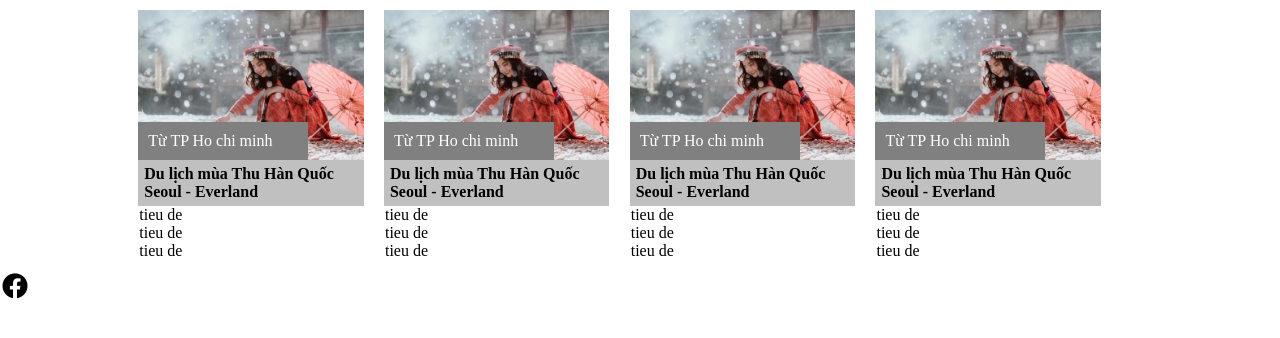
Repository: hoang71299/fe_26
Page: buoi 6/2.html
An editor plug-in stored every save of this project. The page is shown before and after the next save, followed by the edit.
The browser window is 1280 px wide. The pictures show the whole page.

Above is the page before, as saved 2022-08-30 16:33:39.

### buoi 6/2.html
<!DOCTYPE html>
<html lang="en">
<head>
    <meta charset="UTF-8">
    <meta http-equiv="X-UA-Compatible" content="IE=edge">
    <meta name="viewport" content="width=device-width, initial-scale=1.0">
    <title>Document</title>
    <link rel="stylesheet" href="./2.css">
    <link href='https://unpkg.com/boxicons@2.1.2/css/boxicons.min.css' rel='stylesheet'>

</head>
<body>
    <div class="product">
        <div class="box">
            <a href="" class="top">
                <div class="content">
                    <img src="./image/dubai.jdg.jpg" alt="" class="hinhsp">
                    <div class="bg"></div>
                    <div class="text">
                        Du lịch mùa Thu Hàn Quốc Seoul - Everland - Đảo Nami - Tháp Namsan từ Sài Gòn 2022. Hàn Quốc là một đất nước mang đậm màu sắc của văn hóa phương Đông
                    </div>
                    <div class="diadiem">
                        Từ TP Ho chi minh
                    </div>
                </div>
                <div class="tieude">
                    Du lịch mùa Thu Hàn Quốc Seoul - Everland
                </div>
            </a>
            <div class="bottom">
                <p>tieu de</p>
                <p>tieu de</p>
                <p>tieu de</p>
            </div>
        </div>
        <div class="box">
            <a href="" class="top">
                <div class="content">
                    <img src="./image/dubai.jdg.jpg" alt="" class="hinhsp">
                    <div class="bg"></div>
                    <div class="text">
                        Du lịch mùa Thu Hàn Quốc Seoul - Everland - Đảo Nami - Tháp Namsan từ Sài Gòn 2022. Hàn Quốc là một đất nước mang đậm màu sắc của văn hóa phương Đông
                    </div>
                    <div class="diadiem">
                        Từ TP Ho chi minh
                    </div>
                </div>
                <div class="tieude">
                    Du lịch mùa Thu Hàn Quốc Seoul - Everland
                </div>
            </a>
            <div class="bottom">
                <p>tieu de</p>
                <p>tieu de</p>
                <p>tieu de</p>
            </div>
        </div>
        <div class="box">
            <a href="" class="top">
                <div class="content">
                    <img src="./image/dubai.jdg.jpg" alt="" class="hinhsp">
                    <div class="bg"></div>
                    <div class="text">
                        Du lịch mùa Thu Hàn Quốc Seoul - Everland - Đảo Nami - Tháp Namsan từ Sài Gòn 2022. Hàn Quốc là một đất nước mang đậm màu sắc của văn hóa phương Đông
                    </div>
                    <div class="diadiem">
                        Từ TP Ho chi minh
                    </div>
                </div>
                <div class="tieude">
                    Du lịch mùa Thu Hàn Quốc Seoul - Everland
                </div>
            </a>
            <div class="bottom">
                <p>tieu de</p>
                <p>tieu de</p>
                <p>tieu de</p>
            </div>
        </div>
        <div class="box">
            <a href="" class="top">
                <div class="content">
                    <img src="./image/dubai.jdg.jpg" alt="" class="hinhsp">
                    <div class="bg"></div>
                    <div class="text">
                        Du lịch mùa Thu Hàn Quốc Seoul - Everland - Đảo Nami - Tháp Namsan từ Sài Gòn 2022. Hàn Quốc là một đất nước mang đậm màu sắc của văn hóa phương Đông
                    </div>
                    <div class="diadiem">
                        Từ TP Ho chi minh
                    </div>
                </div>
                <div class="tieude">
                    Du lịch mùa Thu Hàn Quốc Seoul - Everland
                </div>
            </a>
            <div class="bottom">
                <p>tieu de</p>
                <p>tieu de</p>
                <p>tieu de</p>
            </div>
        </div>
    </div>
    <div class="icon">
        <i class='bx bxl-facebook-circle'></i>
    </div>
</body>
</html>

### buoi 6/2.css
*{
    margin: 0;
    padding: 0;
    text-decoration: none;
}
html,body{
    width: 100%;
    height: 100%;
}
.product{
    width: 80%;
    height: auto;
    margin: auto;
    display: flex;
}
.box{
    width: 22%;
    height: auto;
    margin: 1%;
}
.top{
    width: 100%;
    display: inline-block;
    text-decoration: none;
}
.top .content{
    width: 100%;
    height: 150px;
    position: relative;
    overflow: hidden;
}
.top .content .hinhsp{
    width: 100%;
    height: 100%;
    object-fit: cover;
}
.bg{
    width: 100%;
    height: 100%;
    background-color: rgba(0, 0, 0, 0.269);
    position: absolute;
    top: 0;
    opacity: 0;
}
.content:hover .bg{
    opacity: 1;
    transition: 0.3s linear;
}
.text{
    color: white;
    position: absolute;
    top: 0px;
    padding: 10px;
    opacity: 0;
}
.content:hover .text{
    opacity: 1;
    transition: 0.3s ease-in;
}
.diadiem{
    position: absolute;
    bottom: 0;
    color: white;
    width: 150px;
    background-color: gray;
    padding: 10px;
}
.content:hover .diadiem{
    bottom: -50px;
    transition: 0.3s linear;
}
.tieude{
    color: #000;
    font-weight: bold;
    background-color: rgba(0, 0, 0, 0.246);
    padding: 5px;
    border-left: 1px solid transparent;
    border-right: 1px solid transparent;
}
.tieude:hover{
    color: #b6635d ;
}
.box:hover .tieude{
    border-left-color: black;
    border-right-color: black;
    transition: 0.3s linear;
}
.box .bottom{
    border-left: 1px solid transparent;
    border-right: 1px solid transparent;
    border-bottom: 1px solid transparent;
}
.box:hover .bottom{
    border-left-color: black;
    border-right-color: black;
    border-bottom-color: black;
}.icon{
    font-size: 30px;
    /* display: inline-block;     */
}

After the next save:
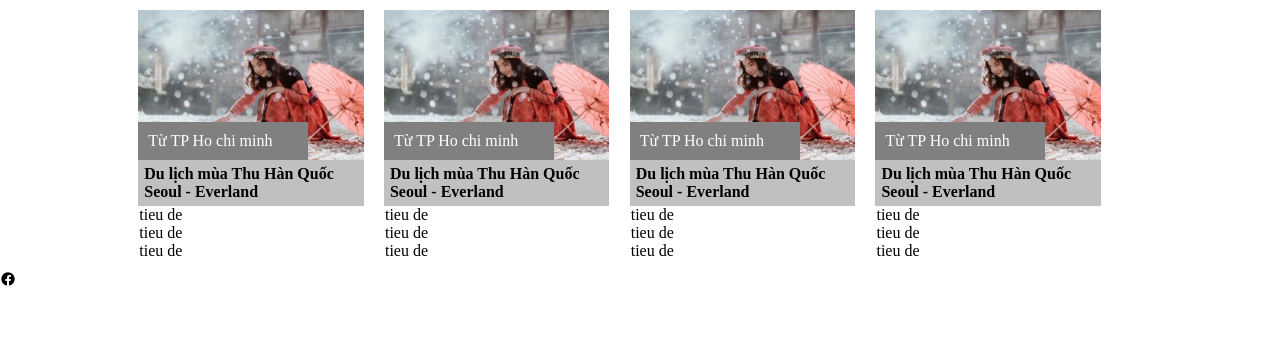
Saved 21 s later.
--- a/buoi 6/2.css
+++ b/buoi 6/2.css
@@ -95,6 +95,6 @@
     border-right-color: black;
     border-bottom-color: black;
 }.icon{
-    font-size: 30px;
+    font-size: 16px;
     /* display: inline-block;     */
 }
